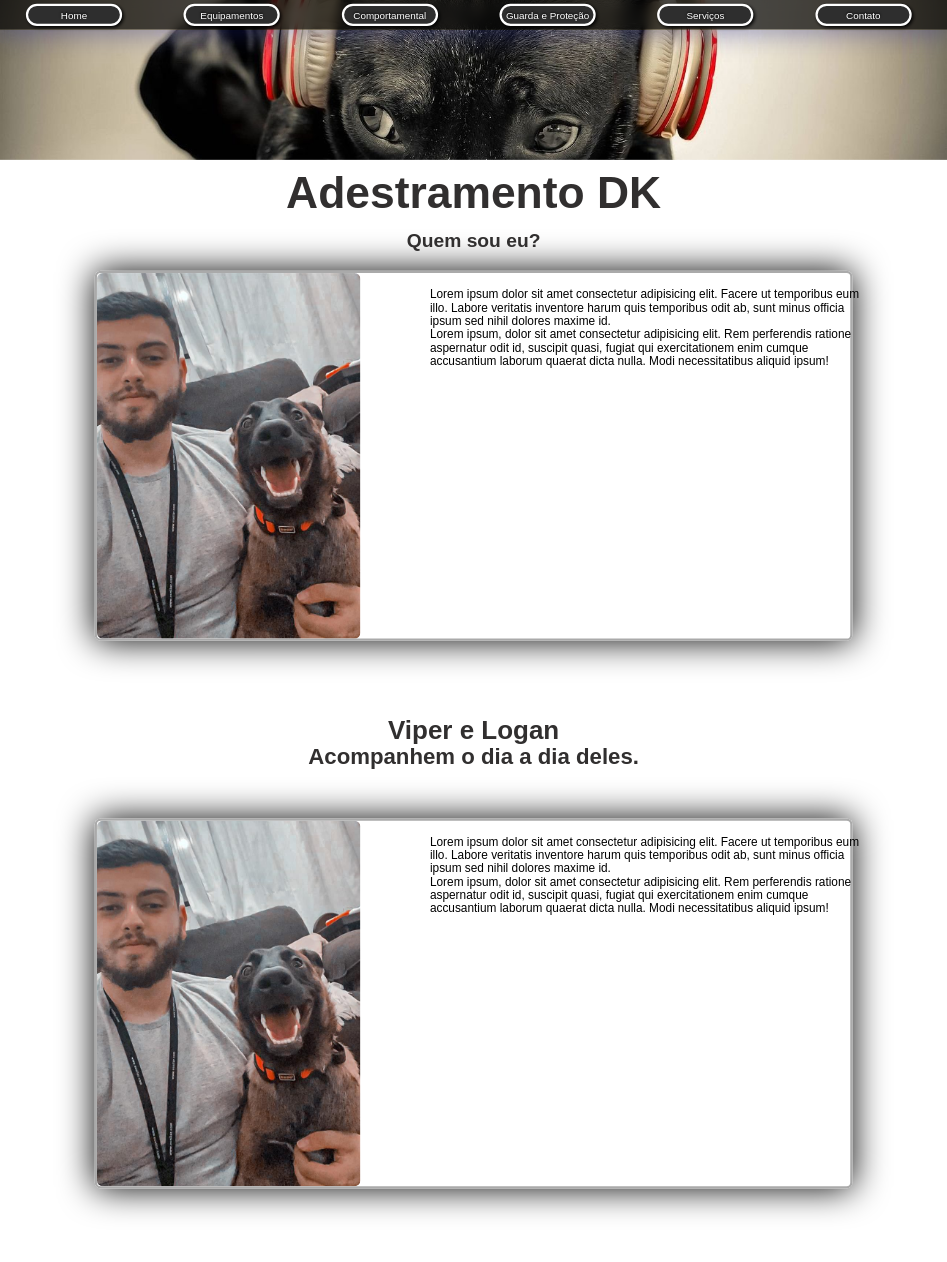
Repository: KevynMarques/Blog-React-StyledComponent
Page: /
These files come from the project's save history. The page is drawn as it stood at one moment and after the next save; the edit follows.
The browser window is 1280 px wide. The pictures show the whole page, at 74% of full size.
The project was rebuilt for these pictures with package versions that can differ from the ones it lists, and the page was loaded fresh each time.

Above is the page before, as saved 2022-02-01 19:03:33.

### src/App.js
import Header from './Components/Header/index'
import Home from './Components/Home';
import Sobre from './Components/Sobre';

import { GlobalStyle } from './GlobalStyle';

function App() {
  return (
    <>
    <Home />
    <Header />
    <Sobre />
    <GlobalStyle/>
    </>
  );
}

export default App;

### src/Components/Header/index.jsx
import { Baner } from "./style";
import Dog from '../Image/Dog.png'

export default () => {

  return (

    <>
      <Baner>
       <img src={Dog} />
     </Baner>
    </>

  );

}

### src/Components/Home/index.jsx
import { Home } from "./Style"

export default () => {
  return (

    <Home>
      <button>Home</button>
      <button>Equipamentos</button>
      <button>Comportamental</button>
      <button>Guarda e Proteção</button>
      <button>Serviços</button>
      <button>Contato</button>
    </Home>
  );
}

### src/Components/Sobre/index.jsx
import { Sobre, Tittle, Dogs} from "./style"
import Foto from '../Image/foto.png'
import LV from '../Image/LV.jpg';

export default () => {
  return (
<>
   <Tittle>
    <h1>Adestramento DK</h1>
      <h2>Quem sou eu?</h2>
    </Tittle>


  <Sobre>
    <section>
    <p>Lorem ipsum dolor sit amet consectetur adipisicing elit. Facere ut temporibus eum illo. Labore veritatis inventore harum quis temporibus odit ab, sunt minus officia ipsum sed nihil dolores maxime id.
      <br></br>
    Lorem ipsum, dolor sit amet consectetur adipisicing elit. Rem perferendis ratione aspernatur odit id, suscipit quasi, fugiat qui exercitationem enim cumque accusantium laborum quaerat dicta nulla. Modi necessitatibus aliquid ipsum!
    </p>
       <div>
        <img src={Foto} />
       </div>
    </section>
  </Sobre>


  <Tittle>
      <h3>Viper e Logan</h3>
      <p>Acompanhem  o dia a dia deles.</p>
    </Tittle>

<Dogs>
<section>
    <p>Lorem ipsum dolor sit amet consectetur adipisicing elit. Facere ut temporibus eum illo. Labore veritatis inventore harum quis temporibus odit ab, sunt minus officia ipsum sed nihil dolores maxime id.
      <br></br>
    Lorem ipsum, dolor sit amet consectetur adipisicing elit. Rem perferendis ratione aspernatur odit id, suscipit quasi, fugiat qui exercitationem enim cumque accusantium laborum quaerat dicta nulla. Modi necessitatibus aliquid ipsum!
    </p>
       <div>
        <img src={Foto} />
       </div>
    </section>
</Dogs>

</>

  );
}

### src/GlobalStyle.js
import { createGlobalStyle } from 'styled-components';

 export const GlobalStyle = createGlobalStyle`
  * {
    margin: 0;
    padding: 0;
    box-sizing: border-box;
  }
`;

### src/Components/Header/style.jsx
import styled from "styled-components";

export const Baner= styled.div `
  width: 100%;
  height: 30vh;


    img {
    width: 100%;
    height: 100%;
    object-fit: cover;

    }
`;

### src/Components/Home/Style.jsx
import styled from "styled-components";


export const  Home  = styled.div `
     width: 100vw;
     height: 40px;
     margin: 0;
     position: fixed;
     z-index: 99999;
     background: rgba( 0, 0, 0, 0.7 );
     box-shadow: 0 8px 32px 0 rgba( 31, 38, 135, 0.37 );
     backdrop-filter: blur( 7.5px );
     -webkit-backdrop-filter: blur( 7.5px );
     color:white;
     display: flex;
     align-items: center;
     justify-content: center;

     button {
font-family: Arial, Helvetica, sans-serif;
font-style:normal;
color:#ffffff;
background:#2e2e2e;
border:3px solid #ffffff;
text-shadow:0px -1px 3px #000000;
box-shadow:2px 2px 5px #000000;
-moz-box-shadow:2px 2px 5px #000000;
-webkit-box-shadow:2px 2px 5px #000000;
border-radius:25px 25px 25px 25px;
-moz-border-radius:25px 25px 25px 25px;
-webkit-border-radius:25px 25px 25px 25px;
width:130px;
height: 30px;

cursor:pointer;
margin:0 auto;
margin-left: 35px;

}

`;

### src/Components/Sobre/style.jsx
import styled from "styled-components";


export const Tittle = styled.h1`
@import url('https://fonts.googleapis.com/css2?family=Prompt:ital,wght@1,300&display=swap');
color: #312f2f;
font-size: 30px;
font-family: 'Prompt', sans-serif;
text-align: center;
height: 40px;
margin-top: 10px;

      h2 {
      font-size:26px ;
      margin-top: 15px;
      }
`;

export const  Sobre  = styled.section `
  height: 500px;
  border: solid 3px #aaaaaa;
  width: 80vw;
  margin: 100px  10%;
  border-radius: 8px;
  box-shadow: 0 0 3em Black;

  div {
    width: 35%;
    height:494px;
  }

  img {
    object-fit: cover;
    width: 100%;
    height: 100%;
    border-radius: 8px;
  }

p {
    position: absolute;
    width: 600px;
    margin-left: 450px;
    margin-top: 20px;
    font-size: 16px;
    font-family: Arial, Helvetica, sans-serif;
  }
`;



export const  Dogs  = styled.section `
  height: 500px;
  border: solid 3px #aaaaaa;
  width: 80vw;
  margin: 100px  10%;
  border-radius: 8px;
  box-shadow: 0 0 3em Black;

  div {
    width: 35%;
    height:494px;
  }

  img {
    object-fit: cover;
    width: 100%;
    height: 100%;
    border-radius: 8px;
  }

p {
    position: absolute;
    width: 600px;
    margin-left: 450px;
    margin-top: 20px;
    font-size: 16px;
    font-family: Arial, Helvetica, sans-serif;
  }
`;

Loaded but not shown: public/index.html (common file); src/index.js (common file)

After the next save:
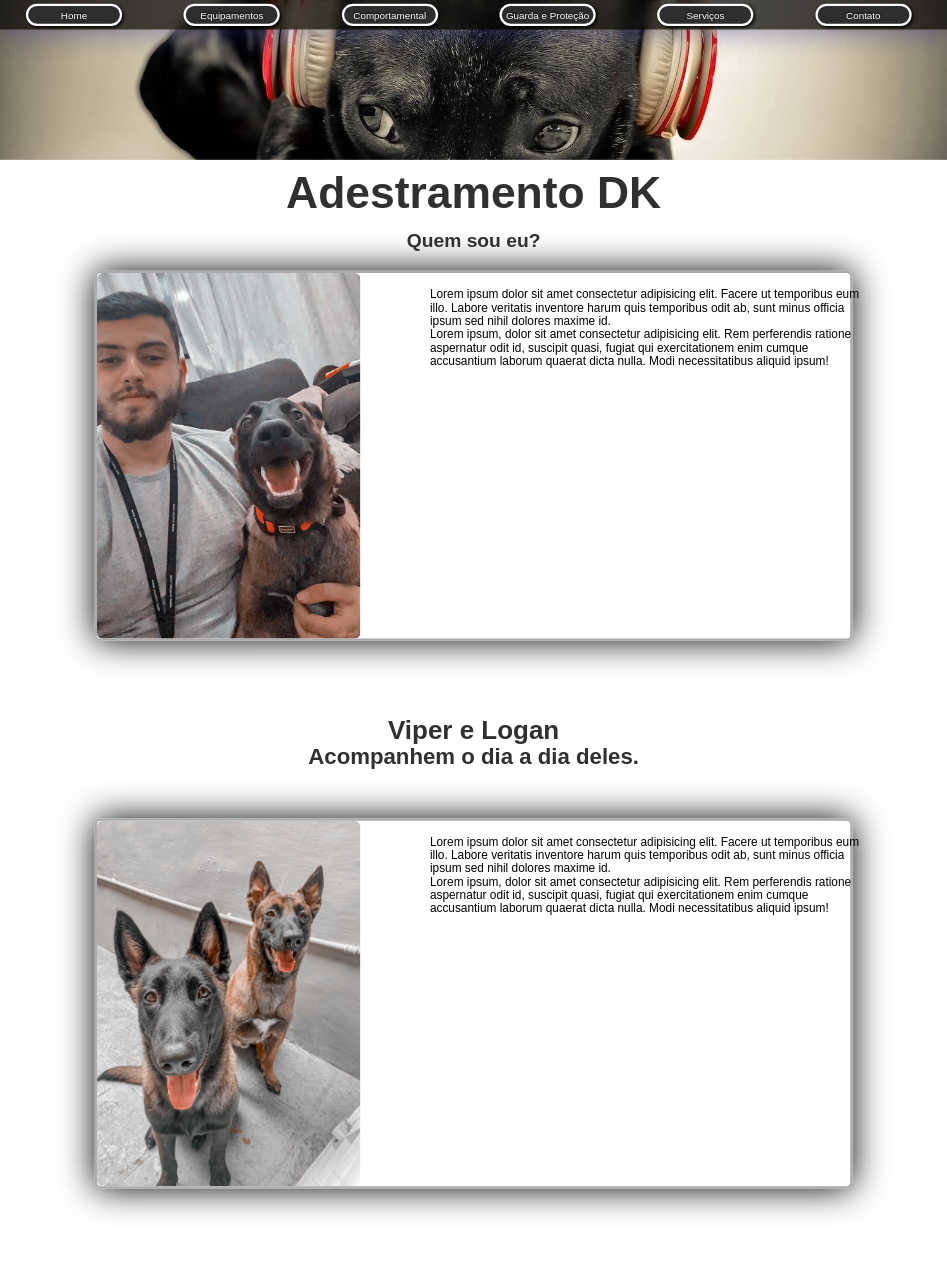
Saved 7 s later.
--- a/src/Components/Sobre/index.jsx
+++ b/src/Components/Sobre/index.jsx
@@ -36,7 +36,7 @@ export default () => {
     Lorem ipsum, dolor sit amet consectetur adipisicing elit. Rem perferendis ratione aspernatur odit id, suscipit quasi, fugiat qui exercitationem enim cumque accusantium laborum quaerat dicta nulla. Modi necessitatibus aliquid ipsum!
     </p>
        <div>
-        <img src={Foto} />
+        <img src={LV} />
        </div>
     </section>
 </Dogs>
